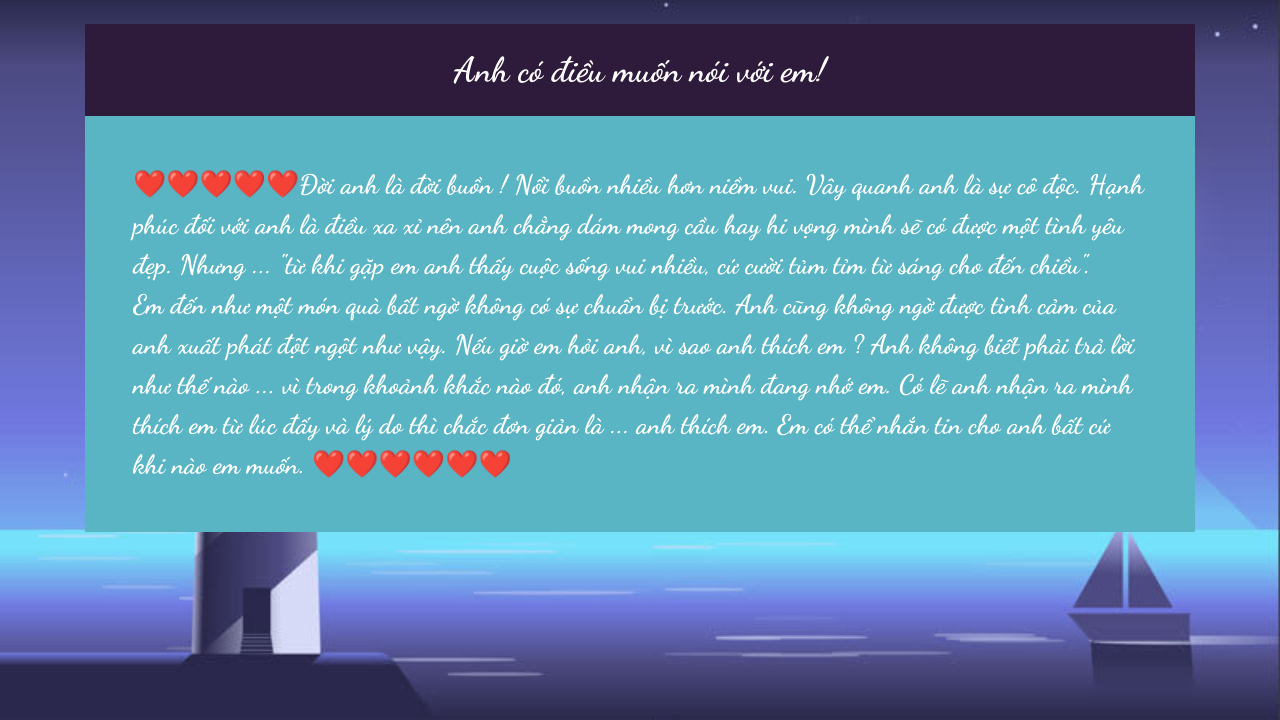
Repository: Trongcutephomaique/loiyeuthuong
Page: index2.html
These files come from the project's save history. The page is drawn as it stood at one moment and after a run of saves; the edit follows.
The browser window is 1280 px wide. The pictures show the whole page.
Some web libraries are served in a nearby version.

Above is the page before, as saved 2022-01-21 18:58:44.
Not found: javascript/scrollMonitor.js

After the next 4 saves:
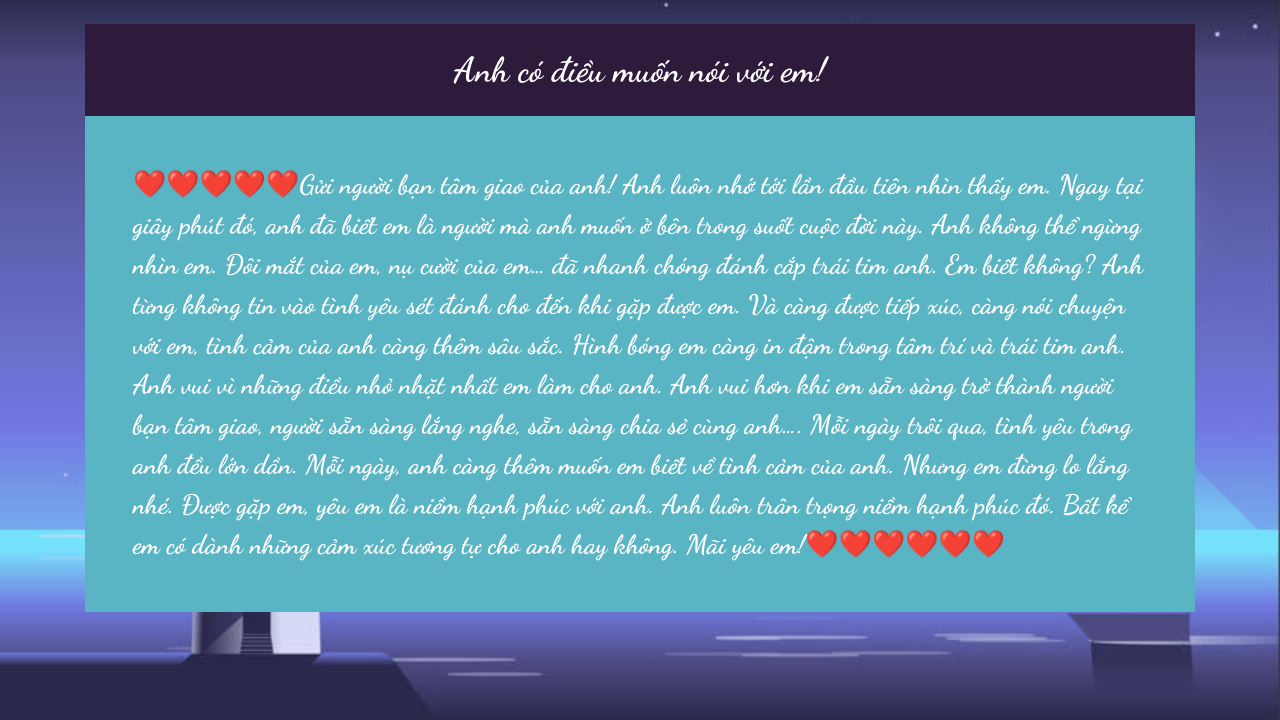
The 4 saves are shown as one change because they came seconds apart.
The last was saved 3 min 50 s later.
--- a/index2.html
+++ b/index2.html
@@ -25,7 +25,11 @@
 					<div class="content">
 						<div class="tamthu p-5">
 							<!-- 3. Đây nữa -->
-							❤️❤️❤️❤️❤️Đời anh là đời buồn ! Nổi buồn nhiều hơn niềm vui. Vây quanh anh là sự cô độc. Hạnh phúc đối với anh là điều xa xỉ nên anh chẳng dám mong cầu hay hi vọng mình sẽ có được một tình yêu đẹp. Nhưng ... "từ khi gặp em anh thấy cuộc sống vui nhiều, cứ cười tủm tỉm từ sáng cho đến chiều".<br>Em đến như một món quà bất ngờ không có sự chuẩn bị trước. Anh cũng không ngờ được tình cảm của anh xuất phát đột ngột như vậy. Nếu giờ em hỏi anh, vì sao anh thích em ? Anh không biết phải trả lời như thế nào ... vì trong khoảnh khắc nào đó, anh nhận ra mình đang nhớ em. Có lẽ anh nhận ra mình thích em từ lúc đấy và lý do thì chắc đơn giản là ... anh thích em. Em có thể nhắn tin cho anh bất cứ khi nào em muốn. ❤️❤️❤️❤️❤️❤️
+							❤️❤️❤️❤️❤️Gửi người bạn tâm giao của anh! Anh luôn nhớ tới lần đầu tiên nhìn thấy em. Ngay tại giây phút đó, anh đã biết em là người mà anh muốn ở bên trong suốt cuộc đời này. Anh không thể ngừng nhìn em. Đôi mắt của em, nụ cười của em… đã nhanh chóng đánh cắp trái tim anh.
+							Em biết không? Anh từng không tin vào tình yêu sét đánh cho đến khi gặp được em. Và càng được tiếp xúc, càng nói chuyện với em, tình cảm của anh càng thêm sâu sắc. Hình bóng em càng in đậm trong tâm trí và trái tim anh. Anh vui vì những điều nhỏ nhặt nhất em làm cho anh. Anh vui hơn khi em sẵn sàng trở thành người bạn tâm giao, người sẵn sàng lắng nghe, sẵn sàng chia sẻ cùng anh….
+							Mỗi ngày trôi qua, tình yêu trong anh đều lớn dần. Mỗi ngày, anh càng thêm muốn em biết về tình cảm của anh. Nhưng em đừng lo lắng nhé. Được gặp em, yêu em là niềm hạnh phúc với anh. Anh luôn trân trọng niềm hạnh phúc đó. Bất kể em có dành những cảm xúc tương tự cho anh hay không.
+
+							Mãi yêu em!❤️❤️❤️❤️❤️❤️
 						</div>
 
 					</div>
